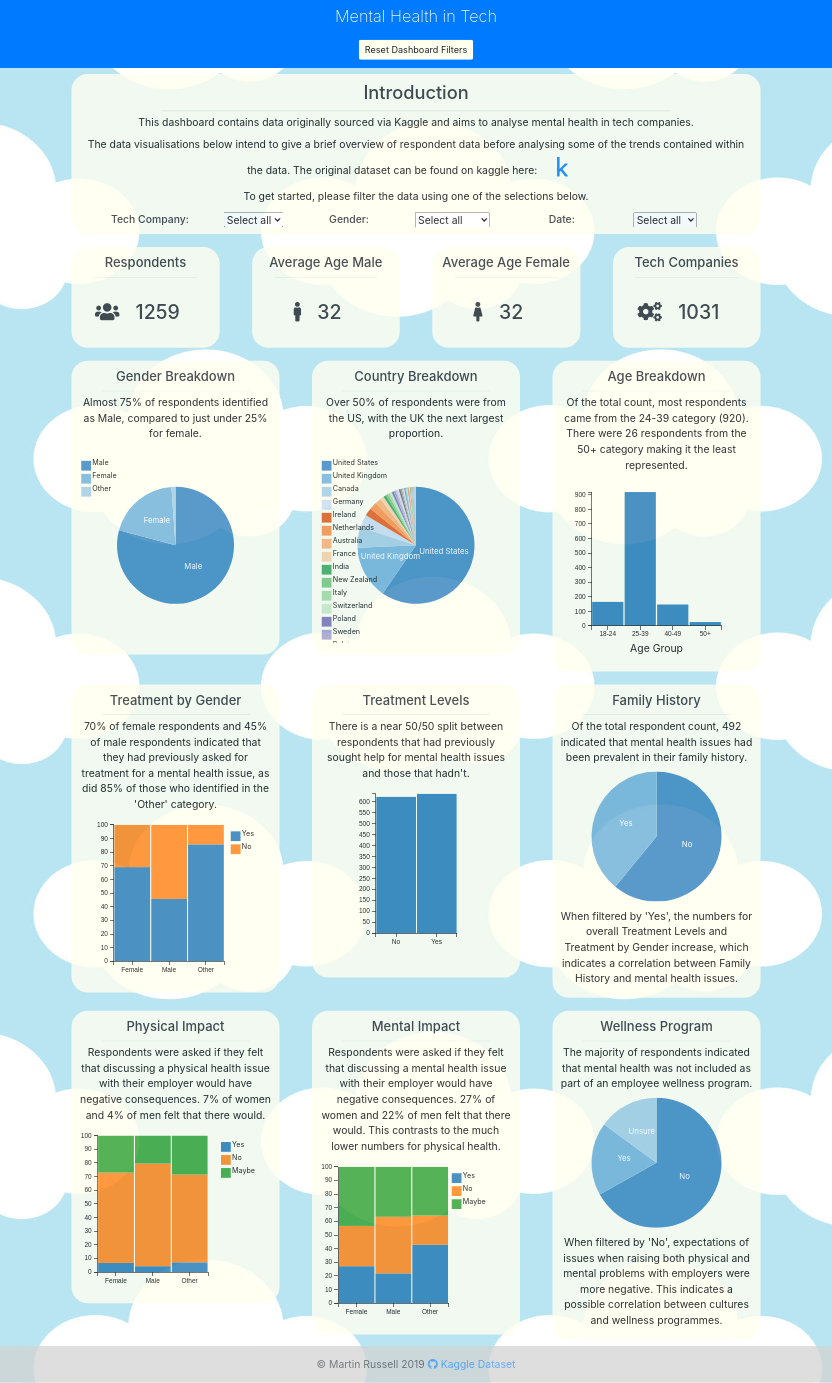
Repository: martingr1/mhdashboard
Page: index.html
The author's editor kept a record of every edit. The page is drawn from the files as they stood at one moment, then again after the next edit.
The browser window is 1280 px wide. The pictures show the whole page, at 65% of full size.
Some web libraries are served in a nearby version.

Above is the page before.

After the next edit:
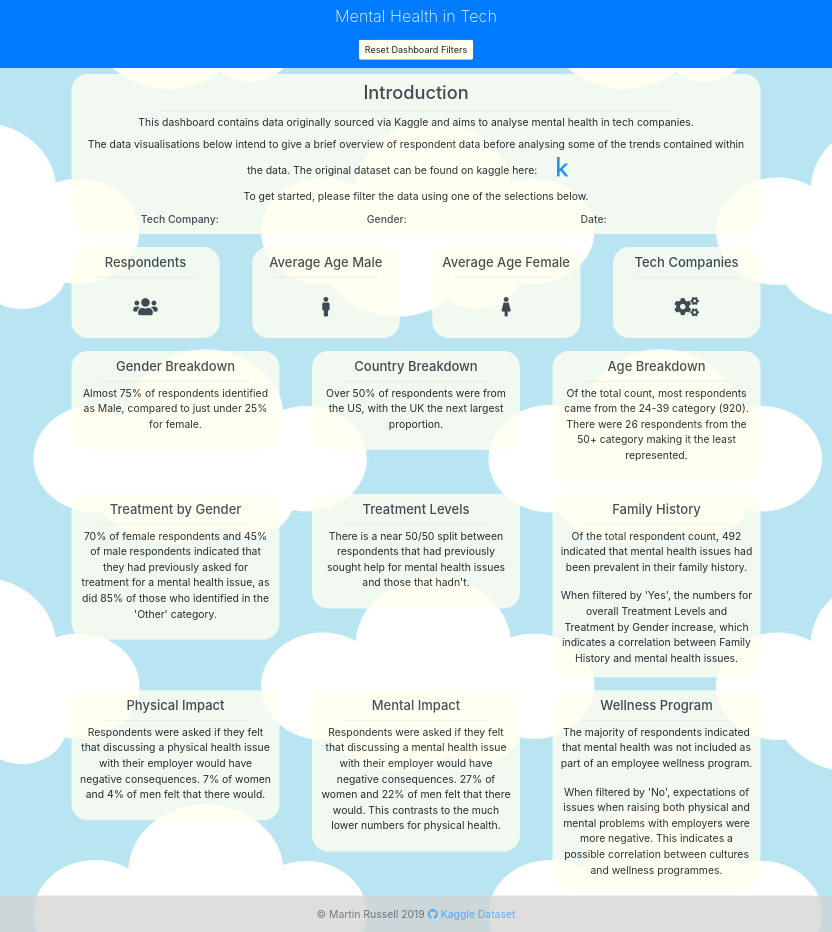
Console error: ReferenceError: makeGraphs is not defined
The edit:
--- a/static/js/graph.js
+++ b/static/js/graph.js
@@ -2,7 +2,7 @@
     .defer(d3.csv, "data/mhsurvey2.csv")
     .await(makeGraphs);
 
-function makeGraphs(error, healthData) {
+!function makeGraphs(error, healthData) {
 
     var ndx = crossfilter(healthData);
 

After the 3 edits that followed:
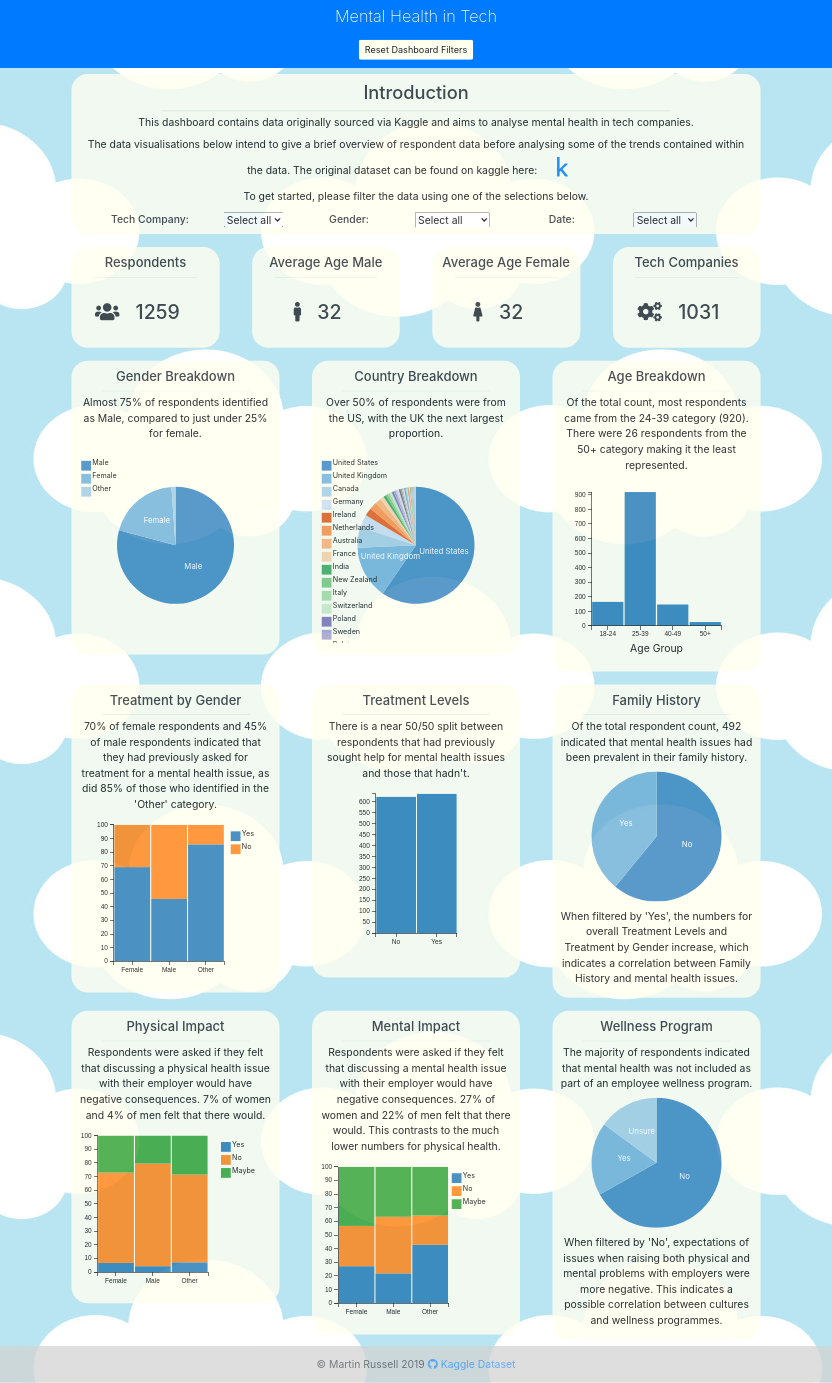
The error is gone.
The 3 edits are shown as one change because 2 left the picture as it was.
The edit:
--- a/static/js/graph.js
+++ b/static/js/graph.js
@@ -2,7 +2,7 @@
     .defer(d3.csv, "data/mhsurvey2.csv")
     .await(makeGraphs);
 
-!function makeGraphs(error, healthData) {
+function makeGraphs(error, healthData) {
 
     var ndx = crossfilter(healthData);
 
